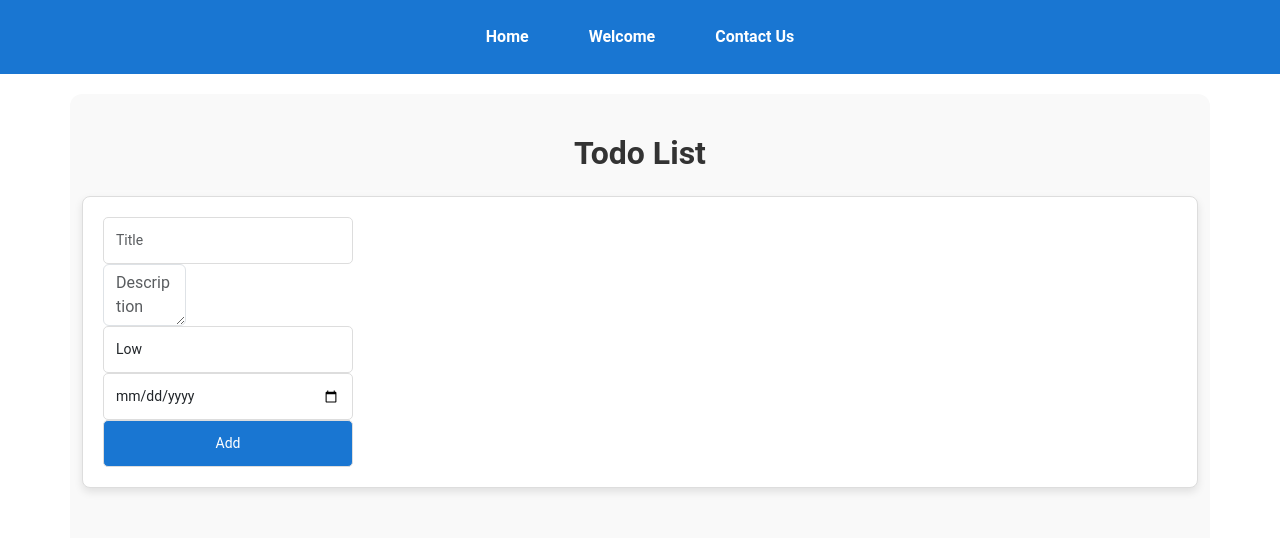
Repository: HPNChanel/Todo-List-Web-App
Page: / (app in frontend/todolist/)
An editor plug-in stored every save of this project. The page is shown before and after the next save, followed by the edit.
The browser window is 1280 px wide. The pictures show the whole page.
The page's requests for data from a server got no answer. The project was rebuilt for these pictures with package versions that can differ from the ones it lists, and the page was loaded fresh each time. No one was signed in, and anything a server would have sent is missing. Also part of the build but not shown: frontend/todolist/src/styles/TaskItem.css, frontend/todolist/src/components/TaskItem.js, frontend/todolist/src/styles/WelcomePage.css, frontend/todolist/src/pages/WelcomePage.js, frontend/todolist/src/styles/NotFound.css, frontend/todolist/src/pages/NotFound.js. Imported but missing from the stored project, and not drawn on this page: frontend/todolist/src/components/ContactUs.

Above is the page before, as saved 2024-11-05 14:20:16.

### frontend/todolist/src/App.js
// src/App.js
import React from 'react';
import { BrowserRouter as Router, Routes, Route } from 'react-router-dom';
import { TaskProvider } from './contexts/TaskContext';
import TaskList from './components/TaskList';
import NavBar from './components/NavBar';
import WelcomePage from './pages/WelcomePage';
import ContactUs from './components/ContactUs';
import { Container, CssBaseline, ThemeProvider, createTheme } from '@mui/material';
import NotFound from './pages/NotFound';

const theme = createTheme({
    palette: {
        primary: {
            main: '#1976d2',
        },
        secondary: {
            main: '#f50057',
        },
    },
    typography: {
        fontFamily: 'Roboto, Arial, sans-serif',
    },
});

function App() {
    return (
        <ThemeProvider theme={theme}>
            <CssBaseline />
            <TaskProvider>
                <Router>
                    <NavBar />
                    <Container>
                        <Routes>
                            <Route path="/" element={<TaskList />} />
                            <Route path="/welcome" element={<WelcomePage />} />
                            <Route path="/contact" element={<ContactUs />} />
                            <Route path="*" element={<NotFound />} />
                        </Routes>
                    </Container>
                </Router>
            </TaskProvider>
        </ThemeProvider>
    );
}

export default App;

### frontend/todolist/src/contexts/TaskContext.js
import React, { createContext, useState, useEffect } from 'react';
import { getTasks, createTask, updateTask, deleteTask } from '../api/TaskApi';

export const TaskContext = createContext();

export const TaskProvider = ({ children }) => {
  const [tasks, setTasks] = useState([]);

  useEffect(() => {
    fetchTasks();
  }, []);

  const fetchTasks = async () => {
    const data = await getTasks();
    setTasks(data);
  };

  const addTask = async (task) => {
    const newTask = await createTask(task);
    setTasks([...tasks, newTask]);
  };

  const editTask = async (id, updatedTask) => {
    const task = await updateTask(id, updatedTask);
    setTasks(tasks.map((t) => (t.id === task.id ? task : t)));
  };

  const removeTask = async (id) => {
    await deleteTask(id);
    setTasks(tasks.filter((t) => t.id !== id));
  };

  return (
    <TaskContext.Provider value={{ tasks, addTask, editTask, removeTask }}>
      {children}
    </TaskContext.Provider>
  );
};

### frontend/todolist/src/components/TaskList.js
// src/components/TaskList.js
import React, { useState } from 'react';
import TaskItem from './TaskItem';
import TaskForm from './TaskForm';
import '../styles/TaskList.css';
import useTasks from '../hooks/useTasks';

function TaskList() {
    const { tasks } = useTasks();
    const [taskToEdit, setTaskToEdit] = useState(null);

    const handleEdit = (task) => {
        setTaskToEdit(task);
    };

    const clearTaskToEdit = () => {
        setTaskToEdit(null);
    };

    return (
        <div className="task-list container">
            <h4 className="text-center mb-4">Todo List</h4>
            <TaskForm taskToEdit={taskToEdit} clearTaskToEdit={clearTaskToEdit} />
            <div className="row">
                {tasks.map((task) => (
                    <div key={task.id} className="col-md-4">
                        <TaskItem task={task} onEdit={handleEdit} />
                    </div>
                ))}
            </div>
        </div>
    );
}

export default TaskList;

### frontend/todolist/src/components/NavBar.js
// src/components/NavBar.js
import React from 'react';
import { Link } from 'react-router-dom';
import '../styles/NavBar.css';

const NavBar = () => (
    <nav className="nav-bar">
        <Link to="/">Home</Link>
        <Link to="/welcome">Welcome</Link>
        <Link to="/contact">Contact Us</Link>
    </nav>
);

export default NavBar;

### frontend/todolist/src/api/TaskApi.js
import axios from 'axios';

const API_URL = 'http://localhost:8000/api/tasks/';

//* Declare API Function for tasks

export const getTasks = async () => {
  const response = await axios.get(API_URL);
  return response.data;
};

export const createTask = async (task) => {
  const response = await axios.post(API_URL, task);
  return response.data;
};

export const updateTask = async (id, task) => {
  const response = await axios.put(`${API_URL}${id}/`, task)
  return response.data;
};

export const deleteTask = async (id) => {
  await axios.delete(`${API_URL}${id}/`)
}

### frontend/todolist/src/components/TaskForm.js
// src/components/TaskForm.js
import React, { useState, useEffect } from 'react';
import '../styles/TaskForm.css';
import useTasks from '../hooks/useTasks';

function TaskForm({ taskToEdit, clearTaskToEdit }) {
    const { addTask, editTask } = useTasks();
    const [title, setTitle] = useState(taskToEdit?.title || '');
    const [description, setDescription] = useState(taskToEdit?.description || '');
    const [priority, setPriority] = useState(taskToEdit?.priority || 1);
    const [dueDate, setDueDate] = useState(taskToEdit?.due_date || '');

    useEffect(() => {
        if (taskToEdit) {
            setTitle(taskToEdit.title);
            setDescription(taskToEdit.description);
            setPriority(taskToEdit.priority);
            setDueDate(taskToEdit.due_date);
        }
    }, [taskToEdit]);

    const handleSubmit = (e) => {
        e.preventDefault();
        const taskData = { title, description, priority, due_date: dueDate };
        if (taskToEdit) {
            editTask(taskToEdit.id, taskData);
            clearTaskToEdit();
        } else {
            addTask(taskData);
        }
        setTitle('');
        setDescription('');
        setPriority(1);
        setDueDate('');
    };

    return (
        <form className="task-form mb-4" onSubmit={handleSubmit}>
            <div className="form-row">
                <div className="form-group col-md-3">
                    <input
                        type="text"
                        className="form-control"
                        placeholder="Title"
                        value={title}
                        onChange={(e) => setTitle(e.target.value)}
                        required
                    />
                </div>
                <div className="form-group col-md-4">
                    <textarea
                        className="form-control"
                        placeholder="Description"
                        value={description}
                        onChange={(e) => setDescription(e.target.value)}
                    />
                </div>
                <div className="form-group col-md-2">
                    <select
                        className="form-control"
                        value={priority}
                        onChange={(e) => setPriority(e.target.value)}
                    >
                        <option value={1}>Low</option>
                        <option value={2}>Medium</option>
                        <option value={3}>High</option>
                    </select>
                </div>
                <div className="form-group col-md-2">
                    <input
                        type="date"
                        className="form-control"
                        value={dueDate}
                        onChange={(e) => setDueDate(e.target.value)}
                    />
                </div>
                <div className="form-group col-md-1">
                    <button type="submit" className="btn btn-primary btn-block">
                        {taskToEdit ? "Update" : "Add"}
                    </button>
                </div>
            </div>
        </form>
    );
}

export default TaskForm;

### frontend/todolist/src/styles/TaskList.css
.task-list {
  padding: 40px;
  background-color: #f9f9f9;
  border-radius: 12px;
  width: 100%; /* Sử dụng toàn bộ chiều rộng */
  margin: 20px auto;
  box-sizing: border-box;
}

.task-list h4 {
  text-align: center;
  margin-bottom: 30px;
  font-size: 2em;
  color: #333;
  font-weight: bold;
}

.task-list .task-grid {
  display: grid;
  grid-template-columns: repeat(auto-fill, minmax(280px, 1fr));
  gap: 20px;
  justify-items: stretch; /* Giãn ra toàn bộ không gian */
  padding: 10px;
  box-sizing: border-box;
}

@media (max-width: 768px) {
  .task-list .task-grid {
      grid-template-columns: 1fr; /* Hiển thị 1 cột trên màn hình nhỏ */
  }
}

### frontend/todolist/src/hooks/useTasks.js
import { useContext } from "react";
import { TaskContext } from "../contexts/TaskContext";

const useTasks = () => {
  return useContext(TaskContext);
};

export default useTasks;

### frontend/todolist/src/styles/NavBar.css
.nav-bar {
  display: flex;
  justify-content: center;
  gap: 20px;
  padding: 15px 0;
  background-color: #1976d2;
  color: white;
}

.nav-bar a {
  color: white;
  text-decoration: none;
  font-weight: bold;
  padding: 10px 20px;
  border-radius: 5px;
  transition: background-color 0.3s ease;
}

.nav-bar a:hover {
  background-color: #0056b3;
}

### frontend/todolist/src/styles/TaskForm.css
.task-form {
  display: flex;
  flex-wrap: wrap;
  gap: 15px;
  margin-bottom: 30px;
  padding: 20px;
  border: 1px solid #ddd;
  border-radius: 8px;
  background-color: #ffffff;
  box-shadow: 0 4px 8px rgba(0, 0, 0, 0.1);
  width: 100%; /* Sử dụng toàn bộ chiều rộng có sẵn */
  box-sizing: border-box;
  justify-content: space-between;
}

.task-form input,
.task-form select,
.task-form button {
  padding: 12px;
  border-radius: 5px;
  border: 1px solid #ddd;
  font-size: 14px;
  flex: 1;
  min-width: 250px; /* Tối thiểu 250px để có không gian nhập đủ */
}

.task-form button {
  background-color: #1976d2;
  color: white;
  cursor: pointer;
  transition: background-color 0.3s ease;
  flex: 0 0 auto;
}

.task-form button:hover {
  background-color: #0056b3;
}

@media (max-width: 768px) {
  .task-form {
      flex-direction: column; /* Hiển thị dạng cột trên màn hình nhỏ */
      align-items: stretch;
  }
}

Loaded but not shown: frontend/todolist/public/index.html (common file); frontend/todolist/src/index.js (common file); frontend/todolist/src/index.css (common file); frontend/todolist/tailwind.config.js (common file)

After the next save:
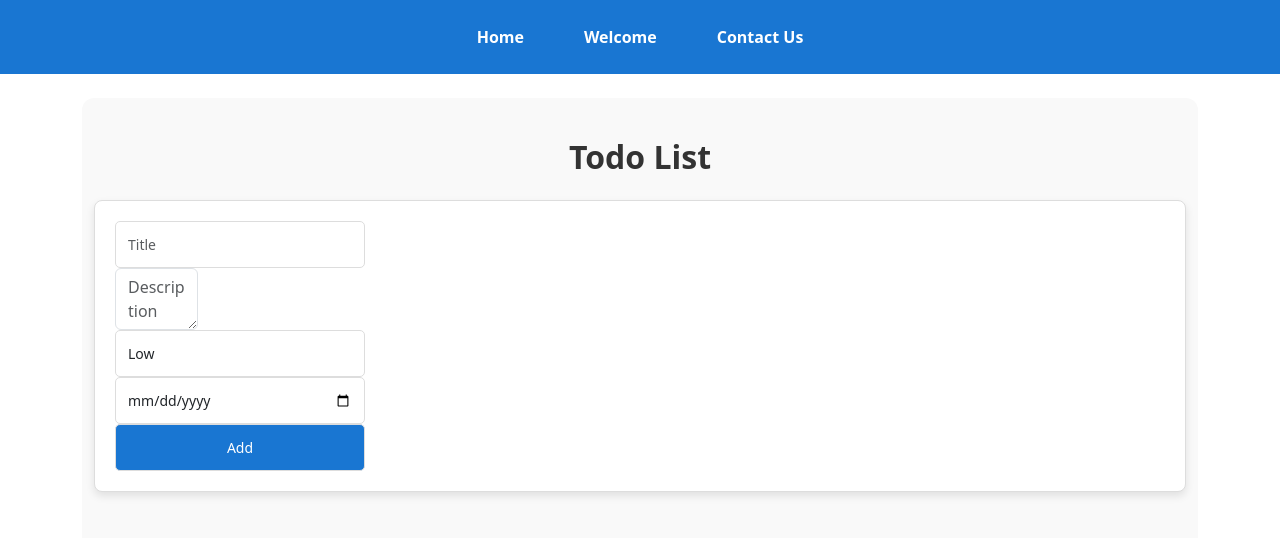
Saved 6 min 28 s later.
--- a/frontend/todolist/src/App.js
+++ b/frontend/todolist/src/App.js
@@ -6,41 +6,24 @@ import TaskList from './components/TaskList';
 import NavBar from './components/NavBar';
 import WelcomePage from './pages/WelcomePage';
 import ContactUs from './components/ContactUs';
-import { Container, CssBaseline, ThemeProvider, createTheme } from '@mui/material';
 import NotFound from './pages/NotFound';
-
-const theme = createTheme({
-    palette: {
-        primary: {
-            main: '#1976d2',
-        },
-        secondary: {
-            main: '#f50057',
-        },
-    },
-    typography: {
-        fontFamily: 'Roboto, Arial, sans-serif',
-    },
-});
+import 'bootstrap/dist/css/bootstrap.min.css';
 
 function App() {
     return (
-        <ThemeProvider theme={theme}>
-            <CssBaseline />
-            <TaskProvider>
-                <Router>
-                    <NavBar />
-                    <Container>
-                        <Routes>
-                            <Route path="/" element={<TaskList />} />
-                            <Route path="/welcome" element={<WelcomePage />} />
-                            <Route path="/contact" element={<ContactUs />} />
-                            <Route path="*" element={<NotFound />} />
-                        </Routes>
-                    </Container>
-                </Router>
-            </TaskProvider>
-        </ThemeProvider>
+        <TaskProvider>
+            <Router>
+                <NavBar />
+                <div className="container my-4">
+                    <Routes>
+                        <Route path="/" element={<TaskList />} />
+                        <Route path="/welcome" element={<WelcomePage />} />
+                        <Route path="/contact" element={<ContactUs />} />
+                        <Route path="*" element={<NotFound />} />
+                    </Routes>
+                </div>
+            </Router>
+        </TaskProvider>
     );
 }
 
